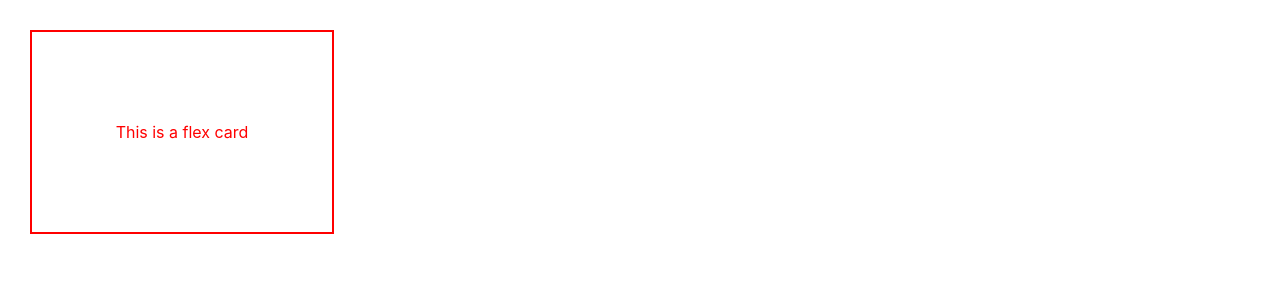
Repository: thai-shriya/anxiety-tracker
Page: /
These files come from the project's save history. The page is drawn as it stood at one moment and after the next save; the edit follows.
The browser window is 1280 px wide. The pictures show the whole page.
The project was rebuilt for these pictures with package versions that can differ from the ones it lists, and the page was loaded fresh each time.

Above is the page before, as saved 2024-04-22 14:26:26.

After the next save:
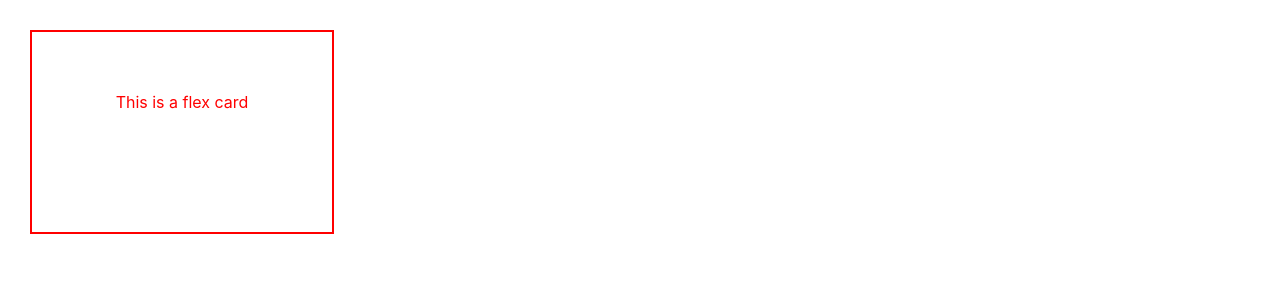
Saved 4 s later.
--- a/src/App.css
+++ b/src/App.css
@@ -9,5 +9,5 @@
   color:red;
   padding: 10px;
   text-align: center;
-  margin-top: 80px;
+  margin-top: 50px;
 }
